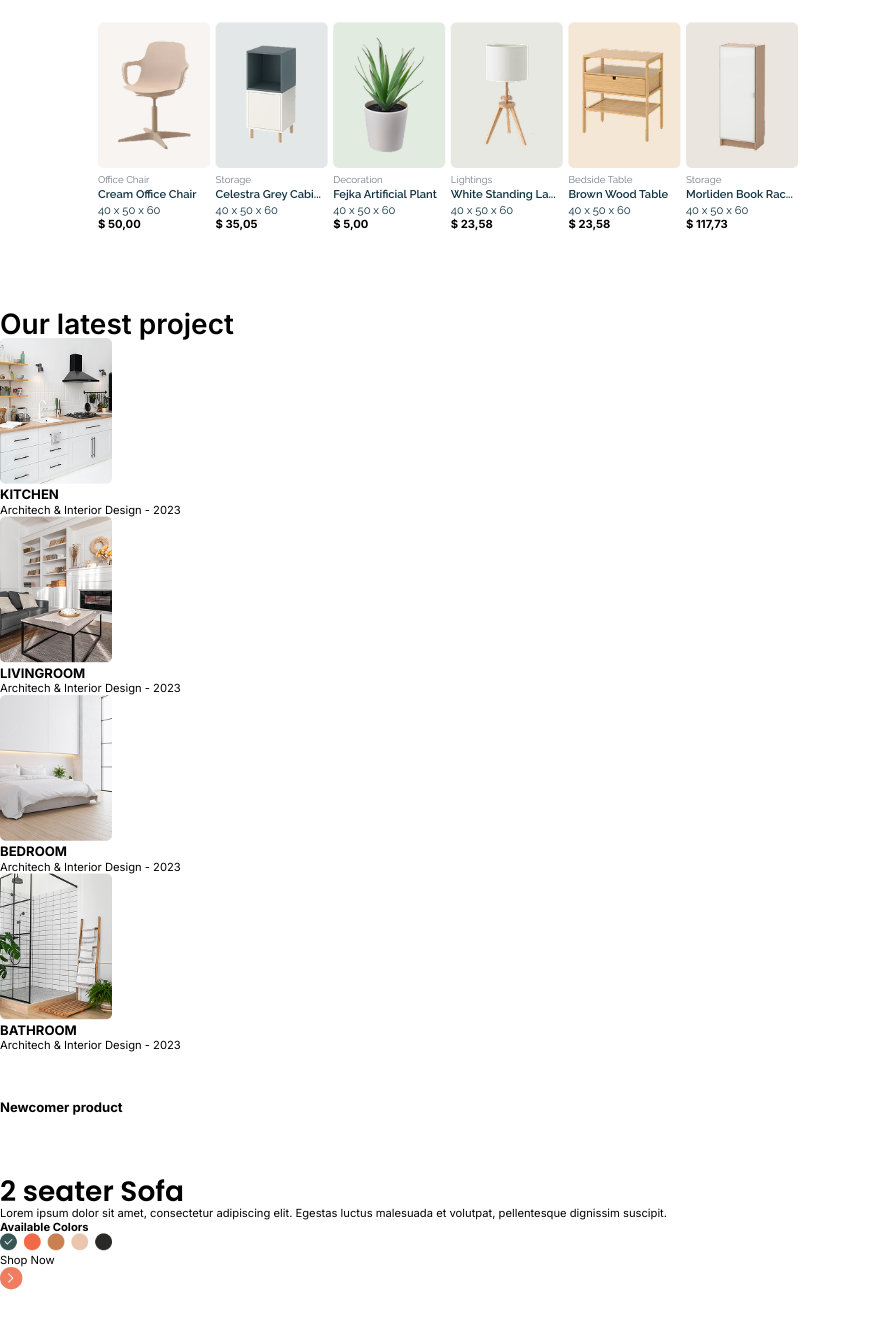
Repository: MatheusEich15/FrontEnd
Page: Prova 1 FrontEnd/Prova 1 FrontEnd/index.html
An editor plug-in stored every save of this project. The page is shown before and after the next save, followed by the edit.
The browser window is 1280 px wide. The pictures show the part of the page from y = 1940 to 3860 px (the page is 4805 px tall before and 4813 px after), at 70% of full size.

Above is the page before, as saved 2026-03-12 14:19:27.

After the next save:
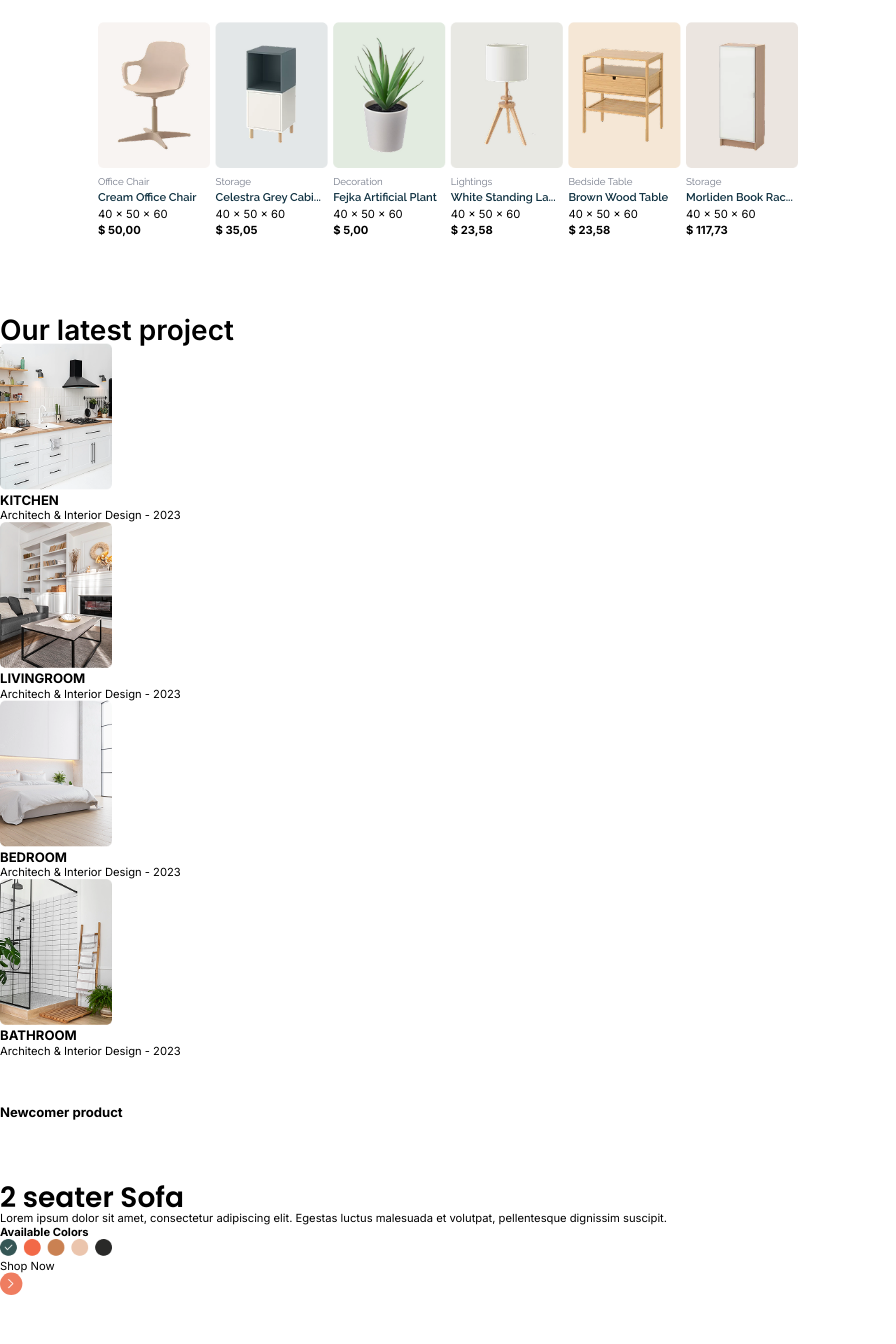
Saved 8 s later.
--- a/Prova 1 FrontEnd/Prova 1 FrontEnd/style.css
+++ b/Prova 1 FrontEnd/Prova 1 FrontEnd/style.css
@@ -240,7 +240,7 @@ header {
     letter-spacing: 0%;
 }
 
-.product-item p {
+#font-family: var(--i-font); {
     font-family: var(--i-font);
     color: var(--blue);
     font-weight: 400;
